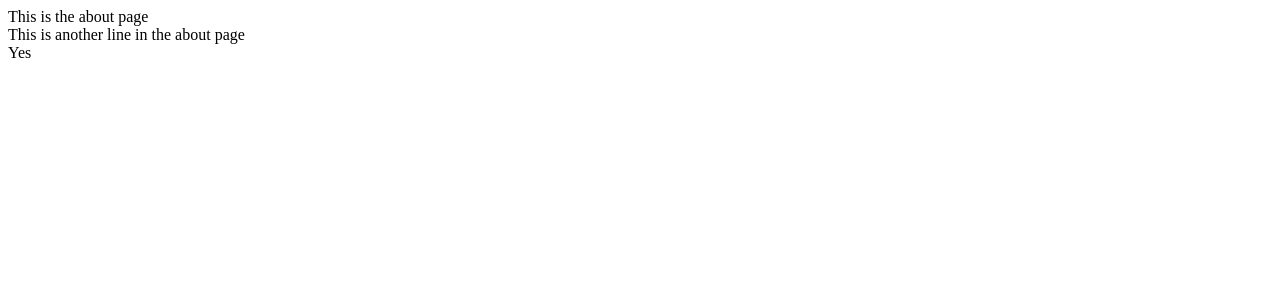
Repository: danbaryak/osgi-test-spa
Page: org.site.about/static/partials/about.html
These files come from the project's save history. The page is drawn as it stood at one moment and after the next save; the edit follows.
The browser window is 1280 px wide. The pictures show the whole page.

Above is the page before, as saved 2014-06-21 10:04:49.

### org.site.about/static/partials/about.html
This is the about page
<br>
This is another line in the about page<br>
Yes

After the next save:
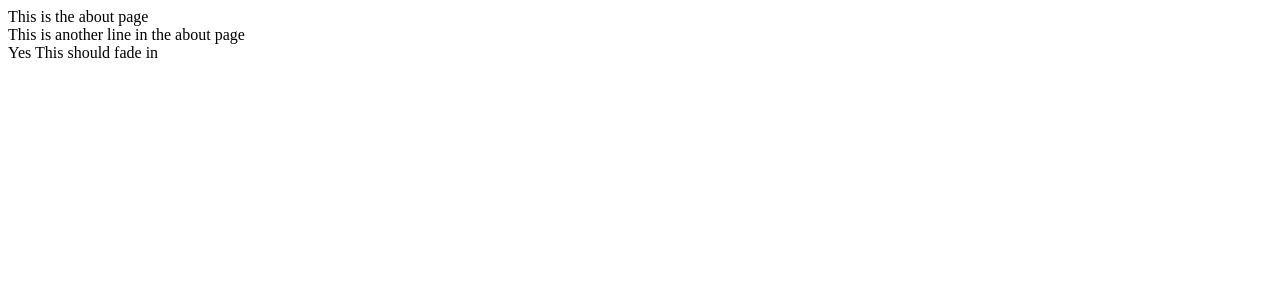
Saved 22 s later.
--- a/org.site.about/static/partials/about.html
+++ b/org.site.about/static/partials/about.html
@@ -2,3 +2,4 @@ This is the about page
 <br>
 This is another line in the about page<br>
 Yes
+<fade-in>This should fade in</fade-in>
